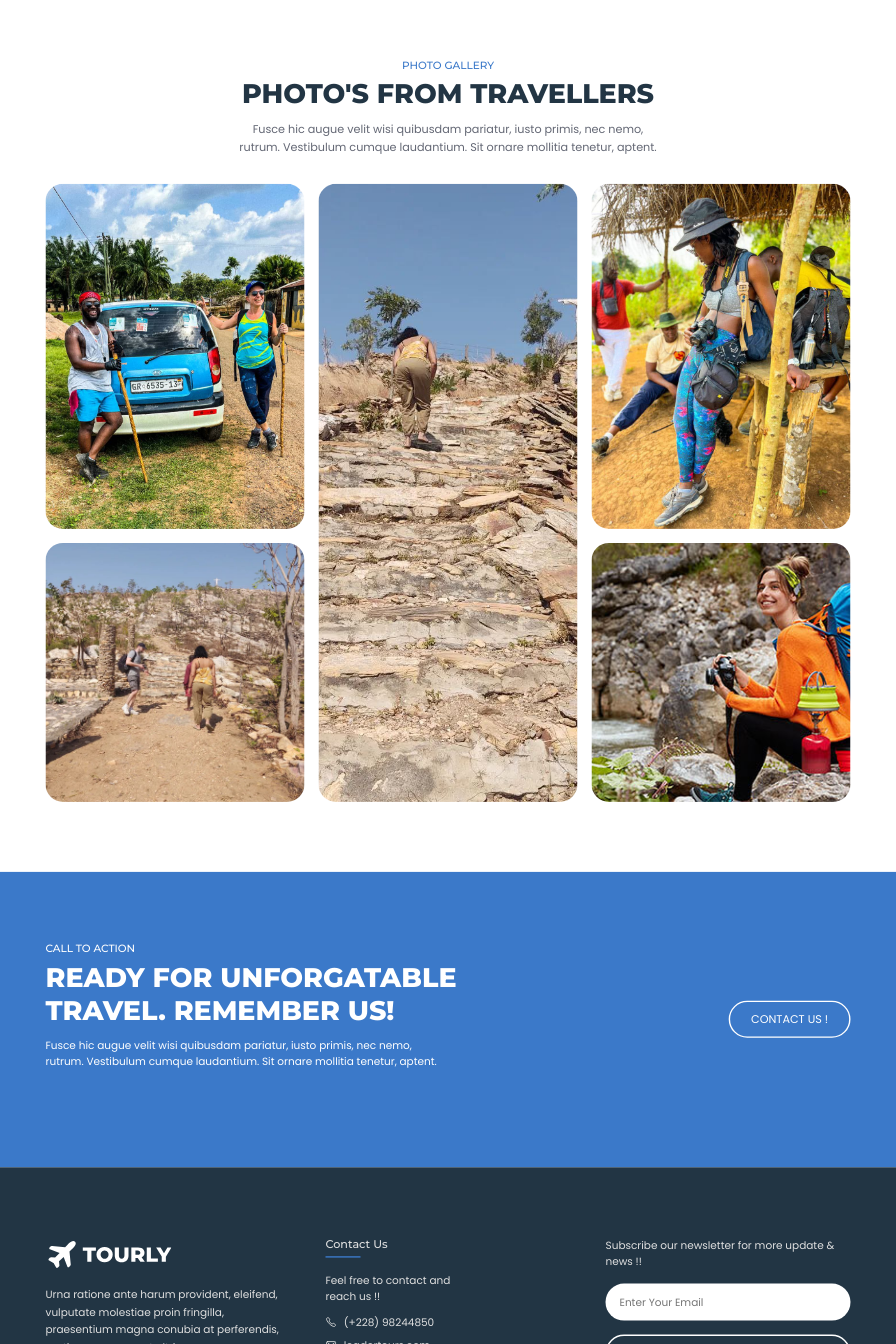
Repository: starlabman/Leader_Tours
Page: index.html
The author's editor kept a copy of each file at every save. The page is drawn from the files as they stood at one save, then again after a run of saves.
The browser window is 1280 px wide. The pictures show the part of the page from y = 3481 to 5401 px (the page is 5651 px tall), at 70% of full size.

Above is the page before, as saved 2023-10-23 08:13:35.

### index.html
<!DOCTYPE html>
<html lang="en">

<head>
  <meta charset="UTF-8">
  <meta http-equiv="X-UA-Compatible" content="IE=edge">
  <meta name="viewport" content="width=device-width, initial-scale=1.0">
  <title>Leader Tours agency</title>

  <!--
    - favicon
  -->
  <link rel="shortcut icon" href="./favicon.svg" type="image/svg+xml">

  <!--
    - custom css link
  -->
  <link rel="stylesheet" href="./assets/css/style.css">

  <!--
    - google font link
  -->
  <link rel="preconnect" href="https://fonts.googleapis.com">
  <link rel="preconnect" href="https://fonts.gstatic.com" crossorigin>
  <link
    href="https://fonts.googleapis.com/css2?family=Montserrat:wght@500;600;700;800&family=Poppins:wght@400;500;600;700&display=swap"
    rel="stylesheet">
</head>

<body id="top">

  <!--
    - #HEADER
  -->

  <header class="header" data-header>

    <div class="overlay" data-overlay></div>

    <div class="header-top">
      <div class="container">

        <a href="tel:+22898244850" class="helpline-box">

          <div class="icon-box">
            <ion-icon name="call-outline"></ion-icon>
          </div>

          <div class="wrapper">
            <p class="helpline-title"> For Further Inquires :</p>

            <p class="helpline-number">(+228) 98244850</p>
          </div>

        </a>

        <a href="#" class="logo">
          <img src="./assets/images/logo.svg" alt="Leader Tours logo">
        </a>

        <div class="header-btn-group">

          <button class="search-btn" aria-label="Search">
            <ion-icon name="search"></ion-icon>
          </button>

          <button class="nav-open-btn" aria-label="Open Menu" data-nav-open-btn>
            <ion-icon name="menu-outline"></ion-icon>
          </button>

        </div>

      </div>
    </div>

    <div class="header-bottom">
      <div class="container">

        <ul class="social-list">

          <li>
            <a href="#" class="social-link">
              <ion-icon name="logo-facebook"></ion-icon>
            </a>
          </li>

          <li>
            <a href="#" class="social-link">
              <ion-icon name="logo-twitter"></ion-icon>
            </a>
          </li>

          <li>
            <a href="#" class="social-link">
              <ion-icon name="logo-youtube"></ion-icon>
            </a>
          </li>

        </ul>

        <nav class="navbar" data-navbar>

          <div class="navbar-top">

            <a href="#" class="logo">
              <img src="./assets/images/logo-blue.svg" alt="Tourly logo">
            </a>

            <button class="nav-close-btn" aria-label="Close Menu" data-nav-close-btn>
              <ion-icon name="close-outline"></ion-icon>
            </button>

          </div>

          <ul class="navbar-list">

            <li>
              <a href="#home" class="navbar-link" data-nav-link>home</a>
            </li>

            <li>
              <a href="#" class="navbar-link" data-nav-link>about us</a>
            </li>

            <li>
              <a href="#destination" class="navbar-link" data-nav-link>destination</a>
            </li>

            <li>
              <a href="#package" class="navbar-link" data-nav-link>packages</a>
            </li>

            <li>
              <a href="#gallery" class="navbar-link" data-nav-link>gallery</a>
            </li>

            <li>
              <a href="#contact" class="navbar-link" data-nav-link>contact us</a>
            </li>

          </ul>

        </nav>

        <button class="btn btn-primary">Book Now</button>

      </div>
    </div>

  </header>





  <main>
    <article>

      <!--
        - #HERO
      -->

      <section class="hero" id="home">
        <div class="container">

          <h2 class="h1 hero-title">Journey to explore world</h2>

          <p class="hero-text">
            Ac mi duis mollis. Sapiente? Scelerisque quae, penatibus? Suscipit class corporis nostra rem quos
            voluptatibus habitant?
            Fames, vivamus minim nemo enim, gravida lobortis quasi, eum.
          </p>

          <div class="btn-group">
            <button class="btn btn-primary">Learn more</button>

            <button class="btn btn-secondary">Book now</button>
          </div>

        </div>
      </section>





      <!--
        - #TOUR SEARCH
      -->

      <section class="tour-search">
        <div class="container">

          <form action="" class="tour-search-form">

            <div class="input-wrapper">
              <label for="destination" class="input-label">Search Destination*</label>

              <input type="text" name="destination" id="destination" required placeholder="Enter Destination"
                class="input-field">
            </div>

            <div class="input-wrapper">
              <label for="people" class="input-label">Pax Number*</label>

              <input type="number" name="people" id="people" required placeholder="No.of People" class="input-field">
            </div>

            <div class="input-wrapper">
              <label for="checkin" class="input-label">Checkin Date**</label>

              <input type="date" name="checkin" id="checkin" required class="input-field">
            </div>

            <div class="input-wrapper">
              <label for="checkout" class="input-label">Checkout Date*</label>

              <input type="date" name="checkout" id="checkout" required class="input-field">
            </div>

            <button type="submit" class="btn btn-secondary">Inquire now</button>

          </form>

        </div>
      </section>





      <!--
        - #POPULAR
      -->

      <section class="popular" id="destination">
        <div class="container">

          <p class="section-subtitle">Uncover place</p>

          <h2 class="h2 section-title">Popular destination</h2>

          <p class="section-text">
            Fusce hic augue velit wisi quibusdam pariatur, iusto primis, nec nemo, rutrum. Vestibulum cumque laudantium.
            Sit ornare
            mollitia tenetur, aptent.
          </p>

          <ul class="popular-list">

            <li>
              <div class="popular-card">

                <figure class="card-img">
                  <img src="./assets/images/popular-1.jpg" alt="San miguel, italy" loading="lazy">
                </figure>

                <div class="card-content">

                  <div class="card-rating">
                    <ion-icon name="star"></ion-icon>
                    <ion-icon name="star"></ion-icon>
                    <ion-icon name="star"></ion-icon>
                    <ion-icon name="star"></ion-icon>
                    <ion-icon name="star"></ion-icon>
                  </div>

                  <p class="card-subtitle">
                    <a href="#">Italy</a>
                  </p>

                  <h3 class="h3 card-title">
                    <a href="#">San miguel</a>
                  </h3>

                  <p class="card-text">
                    Fusce hic augue velit wisi ips quibusdam pariatur, iusto.
                  </p>

                </div>

              </div>
            </li>

            <li>
              <div class="popular-card">

                <figure class="card-img">
                  <img src="./assets/images/popular-2.jpg" alt="Burj khalifa, dubai" loading="lazy">
                </figure>

                <div class="card-content">

                  <div class="card-rating">
                    <ion-icon name="star"></ion-icon>
                    <ion-icon name="star"></ion-icon>
                    <ion-icon name="star"></ion-icon>
                    <ion-icon name="star"></ion-icon>
                    <ion-icon name="star"></ion-icon>
                  </div>

                  <p class="card-subtitle">
                    <a href="#">Dubai</a>
                  </p>

                  <h3 class="h3 card-title">
                    <a href="#">Burj khalifa</a>
                  </h3>

                  <p class="card-text">
                    Fusce hic augue velit wisi ips quibusdam pariatur, iusto.
                  </p>

                </div>

              </div>
            </li>

            <li>
              <div class="popular-card">

                <figure class="card-img">
                  <img src="./assets/images/popular-3.jpg" alt="Kyoto temple, japan" loading="lazy">
                </figure>

                <div class="card-content">

                  <div class="card-rating">
                    <ion-icon name="star"></ion-icon>
                    <ion-icon name="star"></ion-icon>
                    <ion-icon name="star"></ion-icon>
                    <ion-icon name="star"></ion-icon>
                    <ion-icon name="star"></ion-icon>
                  </div>

                  <p class="card-subtitle">
                    <a href="#">Japan</a>
                  </p>

                  <h3 class="h3 card-title">
                    <a href="#">Kyoto temple</a>
                  </h3>

                  <p class="card-text">
                    Fusce hic augue velit wisi ips quibusdam pariatur, iusto.
                  </p>

                </div>

              </div>
            </li>

          </ul>

          <button class="btn btn-primary">More destintion</button>

        </div>
      </section>





      <!--
        - #PACKAGE
      -->

      <section class="package" id="package">
        <div class="container">

          <p class="section-subtitle">Popular Packeges</p>

          <h2 class="h2 section-title">Checkout Our Packeges</h2>

          <p class="section-text">
            Fusce hic augue velit wisi quibusdam pariatur, iusto primis, nec nemo, rutrum. Vestibulum cumque laudantium.
            Sit ornare
            mollitia tenetur, aptent.
          </p>

          <ul class="package-list">

            <li>
              <div class="package-card">

                <figure class="card-banner">
                  <img src="./assets/images/packege-1.jpg" alt="Experience The Great Holiday On Beach" loading="lazy">
                </figure>

                <div class="card-content">

                  <h3 class="h3 card-title">Experience The Great Holiday On Beach</h3>

                  <p class="card-text">
                    Laoreet, voluptatum nihil dolor esse quaerat mattis explicabo maiores, est aliquet porttitor! Eaque,
                    cras, aspernatur.
                  </p>

                  <ul class="card-meta-list">

                    <li class="card-meta-item">
                      <div class="meta-box">
                        <ion-icon name="time"></ion-icon>

                        <p class="text">7D/6N</p>
                      </div>
                    </li>

                    <li class="card-meta-item">
                      <div class="meta-box">
                        <ion-icon name="people"></ion-icon>

                        <p class="text">pax: 10</p>
                      </div>
                    </li>

                    <li class="card-meta-item">
                      <div class="meta-box">
                        <ion-icon name="location"></ion-icon>

                        <p class="text">Malaysia</p>
                      </div>
                    </li>

                  </ul>

                </div>

                <div class="card-price">

                  <div class="wrapper">

                    <p class="reviews">(25 reviews)</p>

                    <div class="card-rating">
                      <ion-icon name="star"></ion-icon>
                      <ion-icon name="star"></ion-icon>
                      <ion-icon name="star"></ion-icon>
                      <ion-icon name="star"></ion-icon>
                      <ion-icon name="star"></ion-icon>
                    </div>

                  </div>

                  <p class="price">
                    $750
                    <span>/ per person</span>
                  </p>

                  <button class="btn btn-secondary">Book Now</button>

                </div>

              </div>
            </li>

            <li>
              <div class="package-card">

                <figure class="card-banner">
                  <img src="./assets/images/packege-2.jpg" alt="Summer Holiday To The Oxolotan River" loading="lazy">
                </figure>

                <div class="card-content">

                  <h3 class="h3 card-title">Summer Holiday To The Oxolotan River</h3>

                  <p class="card-text">
                    Laoreet, voluptatum nihil dolor esse quaerat mattis explicabo maiores, est aliquet porttitor! Eaque,
                    cras, aspernatur.
                  </p>

                  <ul class="card-meta-list">

                    <li class="card-meta-item">
                      <div class="meta-box">
                        <ion-icon name="time"></ion-icon>

                        <p class="text">7D/6N</p>
                      </div>
                    </li>

                    <li class="card-meta-item">
                      <div class="meta-box">
                        <ion-icon name="people"></ion-icon>

                        <p class="text">pax: 10</p>
                      </div>
                    </li>

                    <li class="card-meta-item">
                      <div class="meta-box">
                        <ion-icon name="location"></ion-icon>

                        <p class="text">Malaysia</p>
                      </div>
                    </li>

                  </ul>

                </div>

                <div class="card-price">

                  <div class="wrapper">

                    <p class="reviews">(20 reviews)</p>

                    <div class="card-rating">
                      <ion-icon name="star"></ion-icon>
                      <ion-icon name="star"></ion-icon>
                      <ion-icon name="star"></ion-icon>
                      <ion-icon name="star"></ion-icon>
                      <ion-icon name="star"></ion-icon>
                    </div>

                  </div>

                  <p class="price">
                    $520
                    <span>/ per person</span>
                  </p>

                  <button class="btn btn-secondary">Book Now</button>

                </div>

              </div>
            </li>

            <li>
              <div class="package-card">

                <figure class="card-banner">
                  <img src="./assets/images/packege-3.jpg" alt="Santorini Island's Weekend Vacation" loading="lazy">
                </figure>

                <div class="card-content">

                  <h3 class="h3 card-title">Santorini Island's Weekend Vacation</h3>

                  <p class="card-text">
                    Laoreet, voluptatum nihil dolor esse quaerat mattis explicabo maiores, est aliquet porttitor! Eaque,
                    cras, aspernatur.
                  </p>

                  <ul class="card-meta-list">

                    <li class="card-meta-item">
                      <div class="meta-box">
                        <ion-icon name="time"></ion-icon>

                        <p class="text">7D/6N</p>
                      </div>
                    </li>

                    <li class="card-meta-item">
                      <div class="meta-box">
                        <ion-icon name="people"></ion-icon>

                        <p class="text">pax: 10</p>
                      </div>
                    </li>

                    <li class="card-meta-item">
                      <div class="meta-box">
                        <ion-icon name="location"></ion-icon>

                        <p class="text">Malaysia</p>
                      </div>
                    </li>

                  </ul>

                </div>

                <div class="card-price">

                  <div class="wrapper">

                    <p class="reviews">(40 reviews)</p>

                    <div class="card-rating">
                      <ion-icon name="star"></ion-icon>
                      <ion-icon name="star"></ion-icon>
                      <ion-icon name="star"></ion-icon>
                      <ion-icon name="star"></ion-icon>
                      <ion-icon name="star"></ion-icon>
                    </div>

                  </div>

                  <p class="price">
                    $660
                    <span>/ per person</span>
                  </p>

                  <button class="btn btn-secondary">Book Now</button>

                </div>

              </div>
            </li>

          </ul>

          <button class="btn btn-primary">View All Packages</button>

        </div>
      </section>





      <!--
        - #GALLERY
      -->

      <section class="gallery" id="gallery">
        <div class="container">

          <p class="section-subtitle">Photo Gallery</p>

          <h2 class="h2 section-title">Photo's From Travellers</h2>

          <p class="section-text">
            Fusce hic augue velit wisi quibusdam pariatur, iusto primis, nec nemo, rutrum. Vestibulum cumque laudantium.
            Sit ornare
            mollitia tenetur, aptent.
          </p>

          <ul class="gallery-list">

            <li class="gallery-item">
              <figure class="gallery-image">
                <img src="./assets/images/photo_2023-09-12_15-59-10.jpg" alt="Gallery image">
              </figure>
            </li>

            <li class="gallery-item">
              <figure class="gallery-image">
                <img src="./assets/images/photo_2023-09-12_15-59-14.jpg" alt="Gallery image">
              </figure>
            </li>

            <li class="gallery-item">
              <figure class="gallery-image">
                <img src="./assets/images/photo_2023-09-12_15-59-16.jpg" alt="Gallery image">
              </figure>
            </li>

            <li class="gallery-item">
              <figure class="gallery-image">
                <img src="./assets/images/photo_2023-09-12_15-59-21.jpg" alt="Gallery image">
              </figure>
            </li>

            <li class="gallery-item">
              <figure class="gallery-image">
                <img src="./assets/images/gallery-5.jpg" alt="Gallery image">
              </figure>
            </li>

          </ul>

        </div>
      </section>





      <!--
        - #CTA
      -->

      <section class="cta" id="contact">
        <div class="container">

          <div class="cta-content">
            <p class="section-subtitle">Call To Action</p>

            <h2 class="h2 section-title">Ready For Unforgatable Travel. Remember Us!</h2>

            <p class="section-text">
              Fusce hic augue velit wisi quibusdam pariatur, iusto primis, nec nemo, rutrum. Vestibulum cumque
              laudantium. Sit ornare
              mollitia tenetur, aptent.
            </p>
          </div>

          <button class="btn btn-secondary">Contact Us !</button>

        </div>
      </section>

    </article>
  </main>





  <!--
    - #FOOTER
  -->

  <footer class="footer">

    <div class="footer-top">
      <div class="container">

        <div class="footer-brand">

          <a href="#" class="logo">
            <img src="./assets/images/logo.svg" alt="Tourly logo">
          </a>

          <p class="footer-text">
            Urna ratione ante harum provident, eleifend, vulputate molestiae proin fringilla, praesentium magna conubia
            at
            perferendis, pretium, aenean aut ultrices.
          </p>

        </div>

        <div class="footer-contact">

          <h4 class="contact-title">Contact Us</h4>

          <p class="contact-text">
            Feel free to contact and reach us !!
          </p>

          <ul>

            <li class="contact-item">
              <ion-icon name="call-outline"></ion-icon>

              <a href="tel:+22898244850" class="contact-link">(+228) 98244850</a>
            </li>

            <li class="contact-item">
              <ion-icon name="mail-outline"></ion-icon>

              <a href="mailto:info.tourly.com" class="contact-link">leadertours.com</a>
            </li>

            <li class="contact-item">
              <ion-icon name="location-outline"></ion-icon>

              <address>3146 Koontz, California</address>
            </li>

          </ul>

        </div>

        <div class="footer-form">

          <p class="form-text">
            Subscribe our newsletter for more update & news !!
          </p>

          <form action="" class="form-wrapper">
            <input type="email" name="email" class="input-field" placeholder="Enter Your Email" required>

            <button type="submit" class="btn btn-secondary">Subscribe</button>
          </form>

        </div>

      </div>
    </div>

    <div class="footer-bottom">
      <div class="container">

        <p class="copyright">
          &copy; 2023 <a href="">codewithsadee</a>. All rights reserved
        </p>

        <ul class="footer-bottom-list">

          <li>
            <a href="#" class="footer-bottom-link">Privacy Policy</a>
          </li>

          <li>
            <a href="#" class="footer-bottom-link">Term & Condition</a>
          </li>

          <li>
            <a href="#" class="footer-bottom-link">FAQ</a>
          </li>

        </ul>

      </div>
    </div>

  </footer>





  <!--
    - #GO TO TOP
  -->

  <a href="#top" class="go-top" data-go-top>
    <ion-icon name="chevron-up-outline"></ion-icon>
  </a>





  <!--
    - custom js link
  -->
  <script src="./assets/js/script.js"></script>

  <!--
    - ionicon link
  -->
  <script type="module" src="https://unpkg.com/ionicons@5.5.2/dist/ionicons/ionicons.esm.js"></script>
  <script nomodule src="https://unpkg.com/ionicons@5.5.2/dist/ionicons/ionicons.js"></script>

</body>

</html>

Loaded but not shown: assets/js/script.js (46 lines, source omitted); assets/css/style.css (1298 lines, source omitted)

After the next 2 saves:
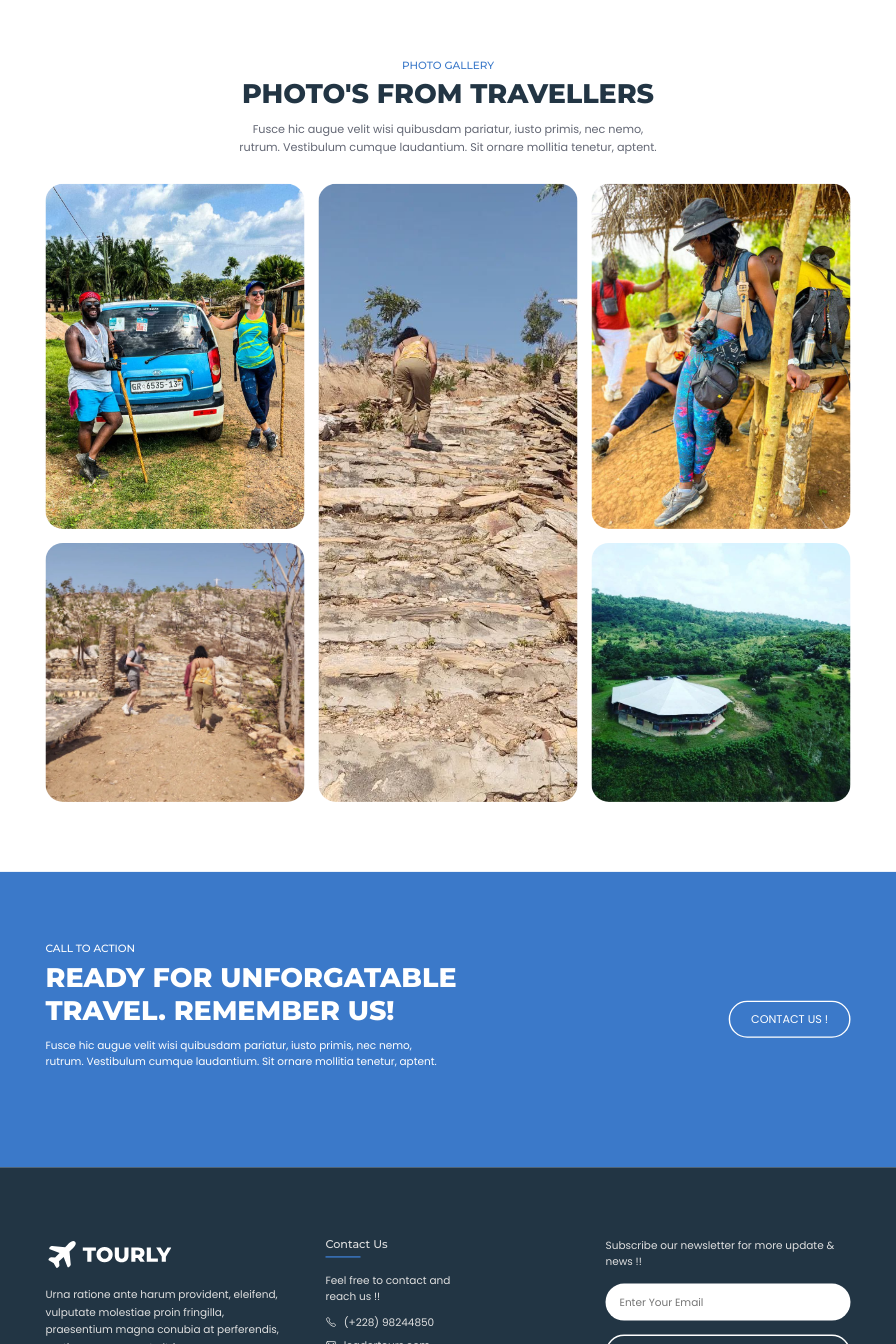
The 2 saves are shown as one change because they came seconds apart.
The last was saved 9 s later.
--- a/index.html
+++ b/index.html
@@ -658,7 +658,7 @@
 
             <li class="gallery-item">
               <figure class="gallery-image">
-                <img src="./assets/images/gallery-5.jpg" alt="Gallery image">
+                <img src="./assets/images/photo_2023-09-12_15-59-31.jpg" alt="Gallery image">
               </figure>
             </li>
 
